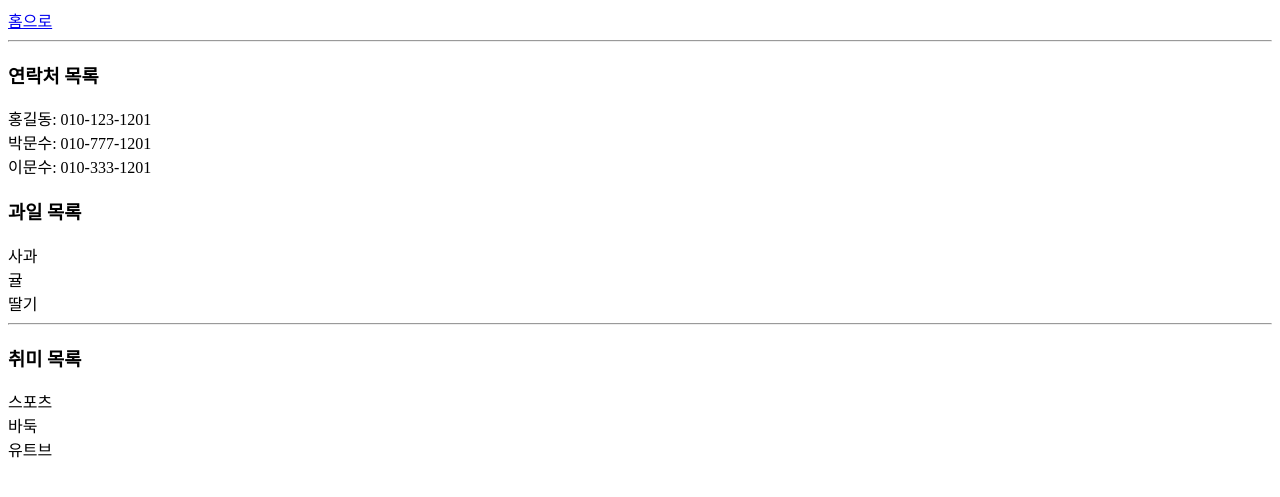
Repository: hyewoon/web
Page: http://localhost/servlet04/array/array_data.jsp
An editor plug-in stored every save of this project. The page is shown before and after the next save, followed by the edit.
The browser window is 1280 px wide. The pictures show the whole page.
The page is served by Tomcat 9. Other server files are loaded and not shown.

Above is the page before, as saved 2022-11-17 07:14:40.

### servlet04/src/main/webapp/array/array_data.jsp
<%@page import="java.util.ArrayList"%>
<%@ page language="java" contentType="text/html; charset=UTF-8"
    pageEncoding="UTF-8" import ="java.util.*"%>
<!DOCTYPE html>
<html>
<head>
<meta charset="UTF-8">
<title>Insert title here</title>
</head>
<body>
<div> <a href = '../'>홈으로</a>  </div>
<hr>
<h3>배열, 자료구조</h3>
<%
String[] hobby= {"스포츠", "바둑", "유트브"};
request.setAttribute("hobby", hobby);

ArrayList<String> list = new ArrayList<String>();

list.add("사과");
list.add("귤");
list.add("딸기");
session.setAttribute("fruits", list);//주소값(list) 저장

HashMap<String, String>map = new HashMap<String, String>();
map.put("홍", "010-123-1201");
map.put("박", "010-777-1201");
map.put("이", "010-333-1201");
session.setAttribute("phone", map);

request.getRequestDispatcher("array_result.jsp").forward(request, response);
%>

</body>
</html>

### servlet04/src/main/webapp/array/array_result.jsp
<%@ page language="java" contentType="text/html; charset=UTF-8"
    pageEncoding="UTF-8"%>
<!DOCTYPE html>
<html>
<head>
<meta charset="UTF-8">
<title>Insert title here</title>
</head>
<body>
<div><a href = '../'>홈으로</a></div>
<hr>
<h3>연락처 목록</h3>
<div>홍길동: ${phone['홍']}</div>
<div>박문수: ${phone['박']}</div>
<div>이문수: ${phone['이']}</div>


<h3>과일 목록</h3>
<div>${fruits[0]}</div>
<div>${fruits[1]}</div>
<div>${fruits[2]}</div>
<hr>
<h3>취미 목록</h3>
<div>${hobby[0]}</div>
<div>${hobby[1]}</div>
<div>${hobby[2]}</div>
</body>
</html>

After the next save:
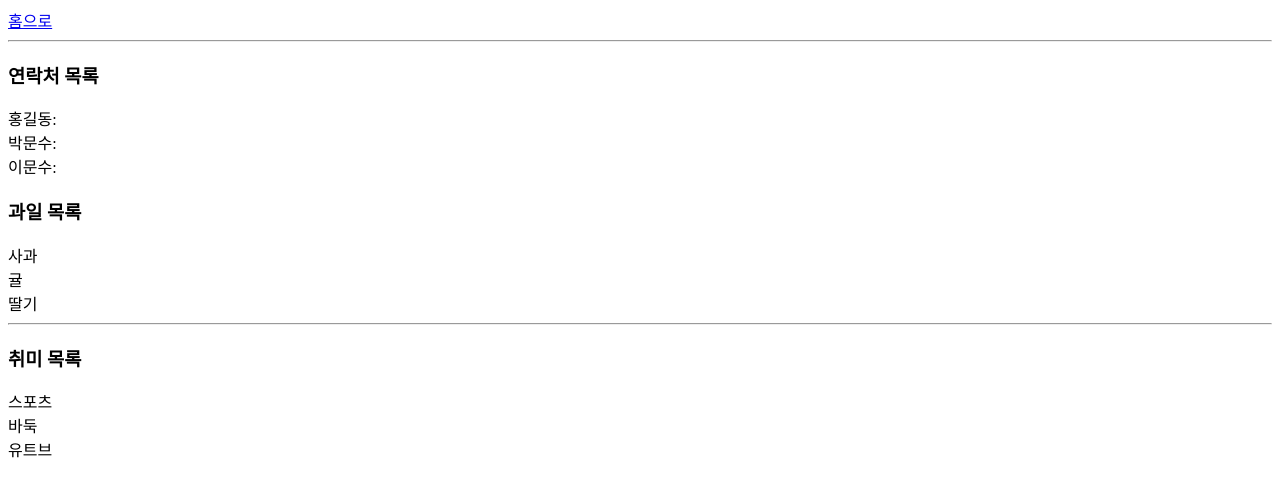
Saved 18 s later.
--- a/servlet04/src/main/webapp/array/array_result.jsp
+++ b/servlet04/src/main/webapp/array/array_result.jsp
@@ -10,9 +10,9 @@
 <div><a href = '../'>홈으로</a></div>
 <hr>
 <h3>연락처 목록</h3>
-<div>홍길동: ${phone['홍']}</div>
-<div>박문수: ${phone['박']}</div>
-<div>이문수: ${phone['이']}</div>
+<div>홍길동: ${phone['홍길동']}</div>
+<div>박문수: ${phone['박문수']}</div>
+<div>이문수: ${phone['이문수']}</div>
 
 
 <h3>과일 목록</h3>

After the save that followed:
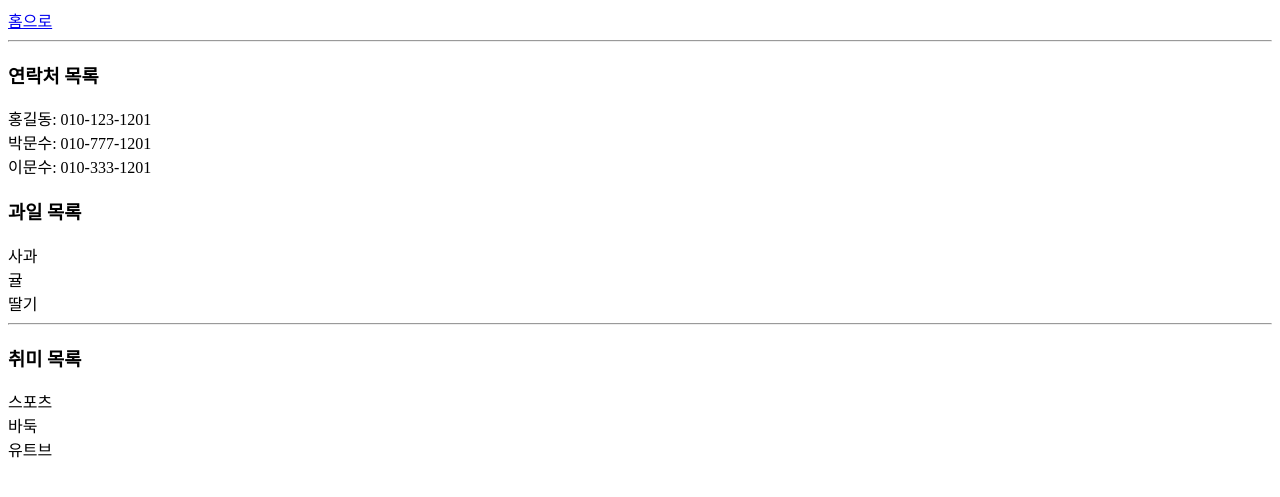
Saved 70 s later.
--- a/servlet04/src/main/webapp/array/array_data.jsp
+++ b/servlet04/src/main/webapp/array/array_data.jsp
@@ -23,9 +23,9 @@ list.add("딸기");
 session.setAttribute("fruits", list);//주소값(list) 저장
 
 HashMap<String, String>map = new HashMap<String, String>();
-map.put("홍", "010-123-1201");
-map.put("박", "010-777-1201");
-map.put("이", "010-333-1201");
+map.put("홍길동", "010-123-1201");
+map.put("박문수", "010-777-1201");
+map.put("이문수", "010-333-1201");
 session.setAttribute("phone", map);
 
 request.getRequestDispatcher("array_result.jsp").forward(request, response);
